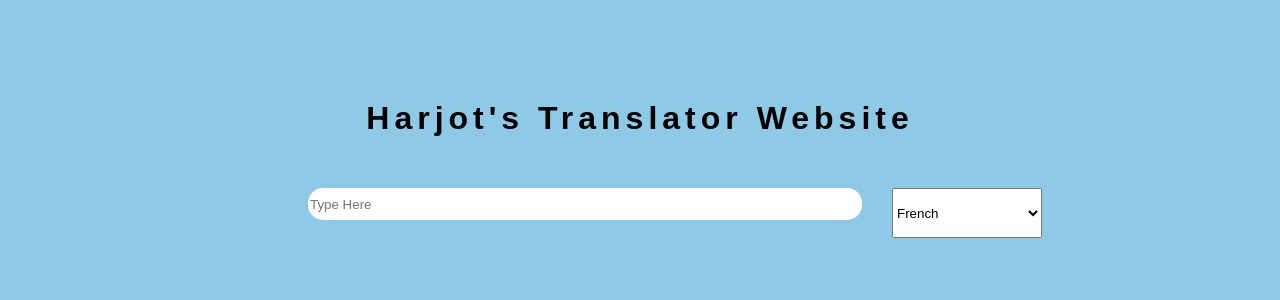
Repository: Harjot00/Pythonpractice
Page: Translator/homepage.html
An editor plug-in stored every save of this project. The page is shown before and after the next save, followed by the edit.
The browser window is 1280 px wide. The pictures show the whole page.
Some web fonts or font styles are not loaded; a fallback is used.

Above is the page before, as saved 2022-03-06 18:38:27.

### Translator/homepage.html
<!DOCTYPE html>
<html lang="en">
<head>
    <meta charset="UTF-8">
    <meta http-equiv="X-UA-Compatible" content="IE=edge">
    <meta name="viewport" content="width=device-width, initial-scale=1.0">
    <title>Harjot's Translator</title>
    <link rel="stylesheet" href="styles.css">
    <link href="http://fonts.cdnfonts.com/css/mrs-sheppards" rel="stylesheet">
    <link href='https://fonts.googleapis.com/css?family=Open Sans' rel='stylesheet'>

</head>
<body>
    <h1 style = "font-family: 'Mrs Sheppards', sans-serif;letter-spacing: 5px;">Harjot's Translator Website</h1>
    <div style = "display: flex;">
        <input type="text" id="entry" placeholder="Type Here"></input>
        <form id="language">
            <select >
                <option value="volvo">French</option>
                <option value="saab">Italian</option>
                <option value="opel">German</option>
                <option value="audi">Chinese</option>
            </select>
        </form>

    </div>
</body>
</html>

### Translator/styles.css
body{
    background-color: #8ECAE6;
    font-family: open sans;
}
h1{
    margin-top: 100px;
    text-align: center;
}
#entry{
    width: 550px;
    height: 30px;
    margin: 30px 0px 0px 300px;
    border: none;
    border-radius:15px;

}
#language{

    margin: 30px 0px 0px 30px;
}
select{
    height: 50px;
    width: 150px;
}

After the next save:
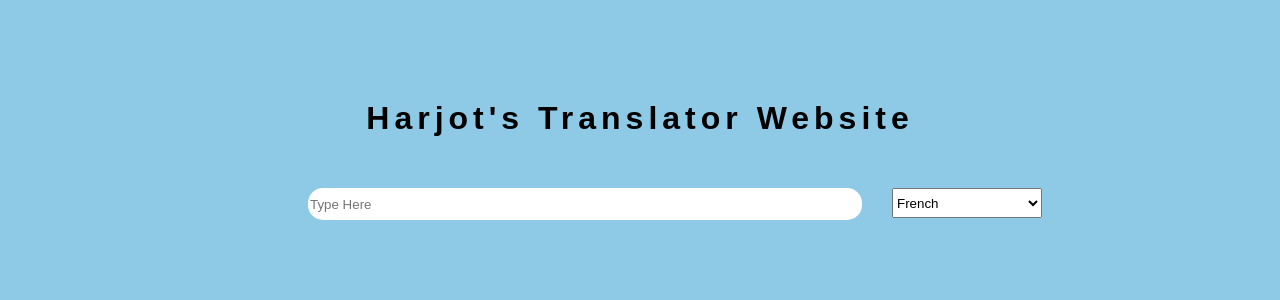
Saved 7 s later.
--- a/Translator/styles.css
+++ b/Translator/styles.css
@@ -19,6 +19,6 @@ h1{
     margin: 30px 0px 0px 30px;
 }
 select{
-    height: 50px;
+    height: 30px;
     width: 150px;
 }
